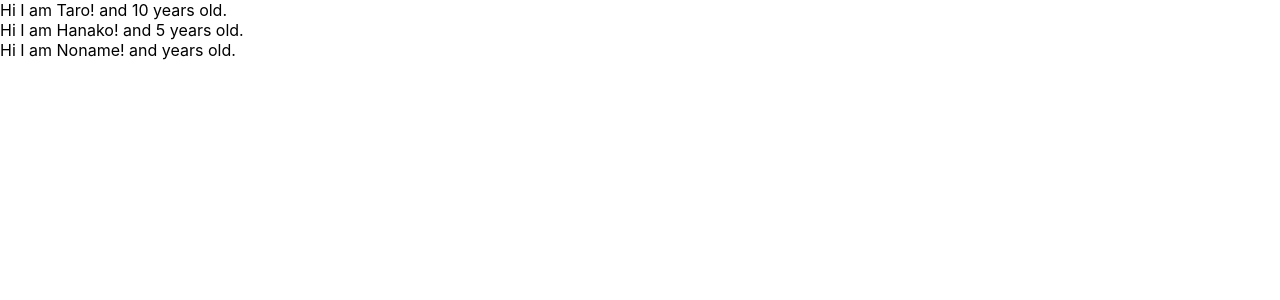
Repository: hira837/my-first-react-app
Page: /
These files come from the project's save history. The page is drawn as it stood at one moment and after the next save; the edit follows.
The browser window is 1280 px wide. The pictures show the whole page.
The project was rebuilt for these pictures with package versions that can differ from the ones it lists, and the page was loaded fresh each time.

Above is the page before, as saved 2019-12-07 18:02:27.

### src/App.js
import React from 'react';
import PropTypes from 'prop-types'

//function App() {
//const dom = <div>Improve React Skiil</div> ;
//return = dom;
//}
//class App extends Component {
//	render(){
//		const greeting = "Hi, Tom"
//		const dom = <h1 className="foo">{ greeting }</h1>;
//		return dom;
//	}
//}


//class App extends Component {
//	render(){
//		return (
//			<React.Fragment>
//				<label htmlFor="bar">bar</label>
//				<input type="text" onClick={() => {console.log("Hi there") }}/>;
//			</React.Fragment>
//)
//	}
//}

const App = ()=> {
	const profiles = [
		{ name: "Taro", age: 10 },
		{ name: "Hanako", age: 5 },
		{ name: "Noname" }
	]

	return (
	<div>
		{
			profiles.map((profile, index)=> {
				return <User name={profile.name} age={profile.age} key={index} />
			})
		}
	</div>
	)
}

const User = (props) => {
	return <div>Hi I am {props.name}! and {props.age} years old.</div>
}

User.propTypes = {
	name: PropTypes.string,
	age: PropTypes.number
}

export default App;

Loaded but not shown: public/index.html (common file); src/index.js (common file); src/index.css (common file); src/serviceWorker.js (common file)

After the next save:
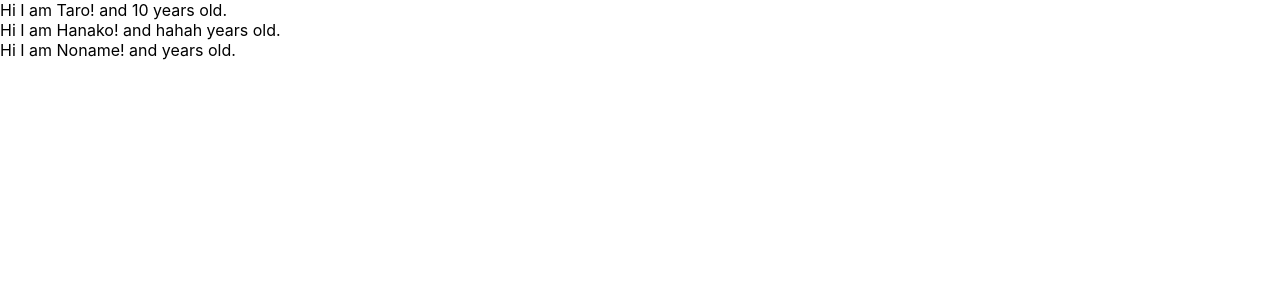
Saved 6 s later.
--- a/src/App.js
+++ b/src/App.js
@@ -28,7 +28,7 @@
 const App = ()=> {
 	const profiles = [
 		{ name: "Taro", age: 10 },
-		{ name: "Hanako", age: 5 },
+		{ name: "Hanako", age: 'hahah' },
 		{ name: "Noname" }
 	]
 

After the save that followed:
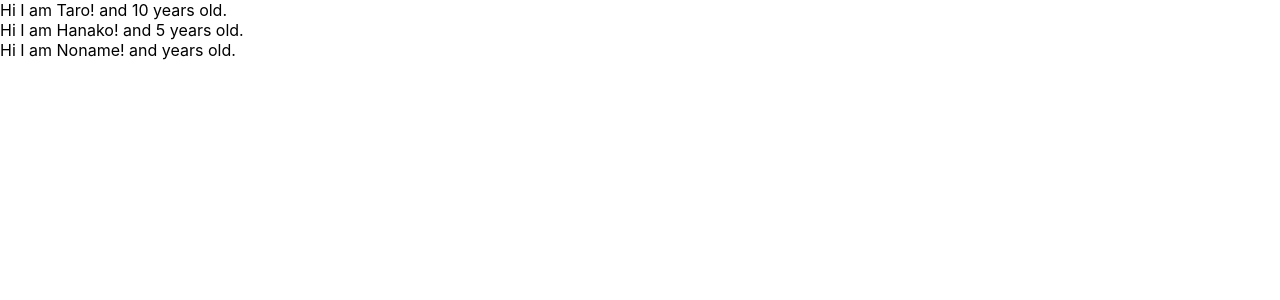
Saved 15 s later.
--- a/src/App.js
+++ b/src/App.js
@@ -28,7 +28,7 @@
 const App = ()=> {
 	const profiles = [
 		{ name: "Taro", age: 10 },
-		{ name: "Hanako", age: 'hahah' },
+		{ name: "Hanako", age: 5 },
 		{ name: "Noname" }
 	]
 
